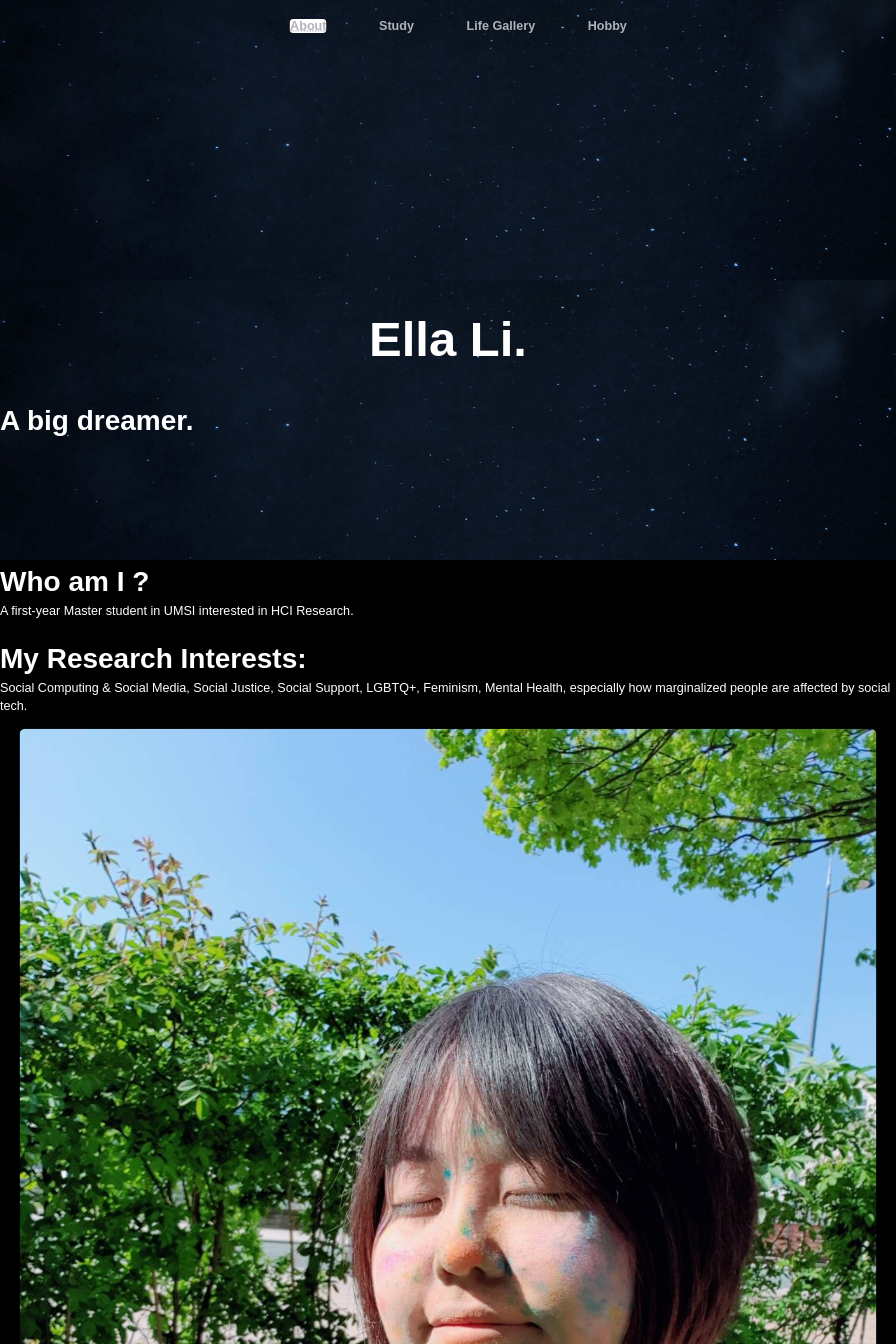
Repository: jiaqili0803/SI_539
Page: project/about.html
These files come from the project's save history. The page is drawn as it stood at one moment and after the next save; the edit follows.
The browser window is 1280 px wide. The pictures show the part of the page from y = 0 to 1920 px (the page is 13530 px tall), at 70% of full size.
Backgrounds fixed to the window are drawn as part of the page.

Above is the page before, as saved 2021-12-10 17:37:56.

After the next save:
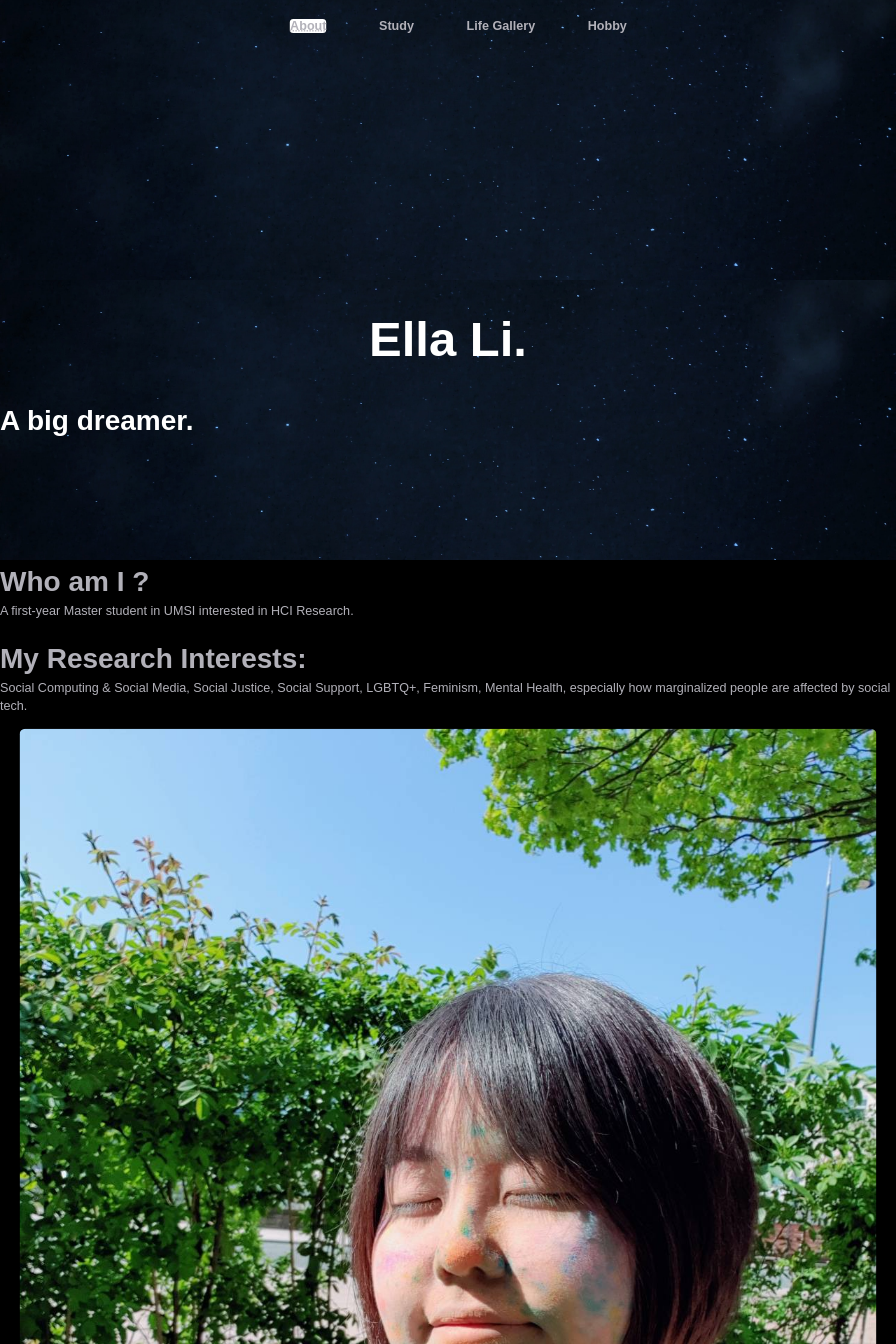
Saved 70 s later.
--- a/project/css/style.css
+++ b/project/css/style.css
@@ -124,7 +124,8 @@ h2{
   grid-template-rows: repeat(1, auto);
   grid-row-gap: 10px;
   grid-row-end: auto; */
-  color: white;
+  color: #B2B1B9;
+  ;
 
 }
 
